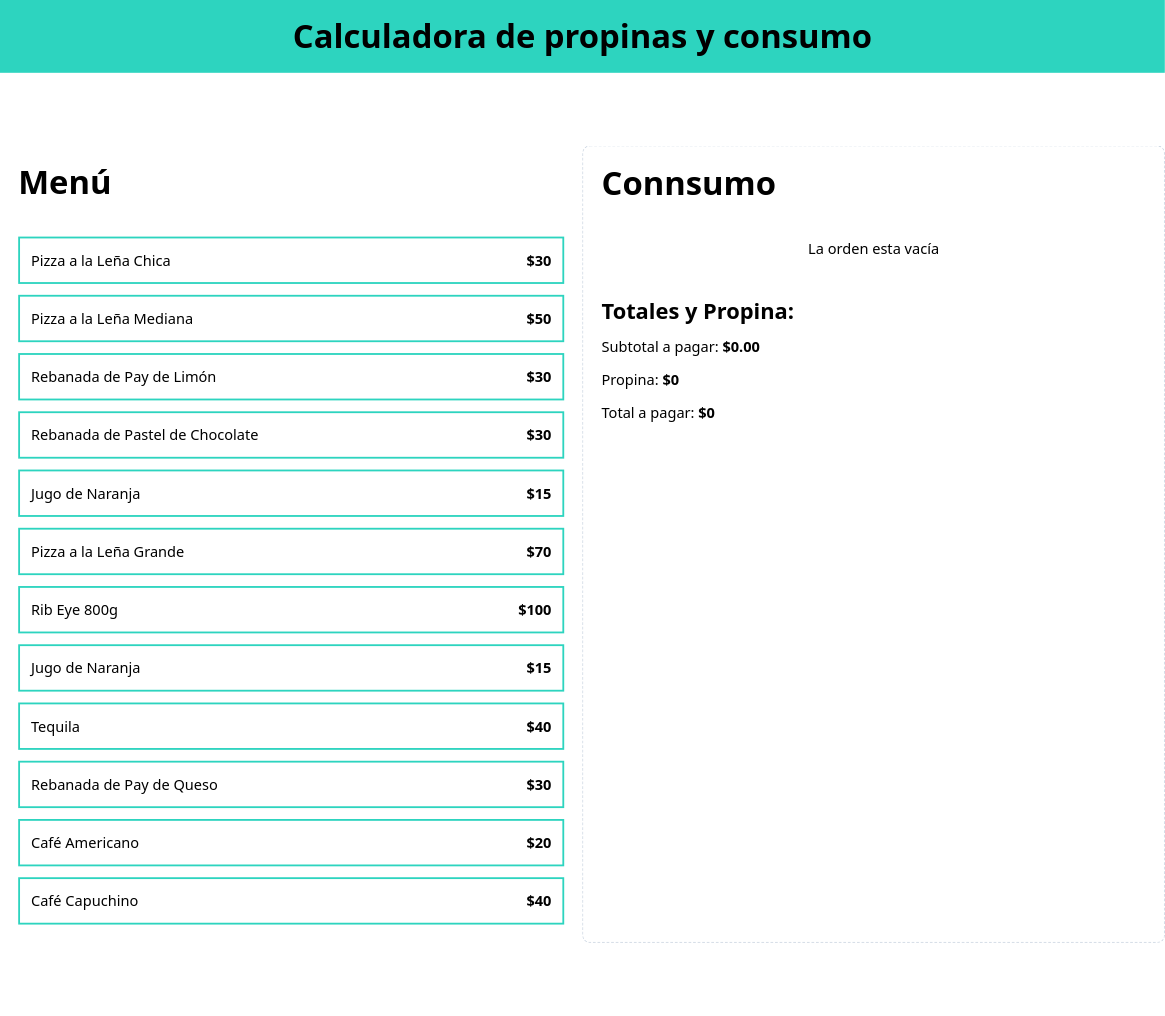
Repository: Samuel-Leal96/calculador_propinas
Page: /
These files come from the project's save history. The page is drawn as it stood at one moment and after the next save; the edit follows.
The browser window is 1280 px wide. The pictures show the whole page, at 91% of full size.
The project was rebuilt for these pictures with package versions that can differ from the ones it lists, and the page was loaded fresh each time. Also part of the build but not shown: vite.config.ts.

Above is the page before, as saved 2025-10-21 18:30:16.

After the next save:
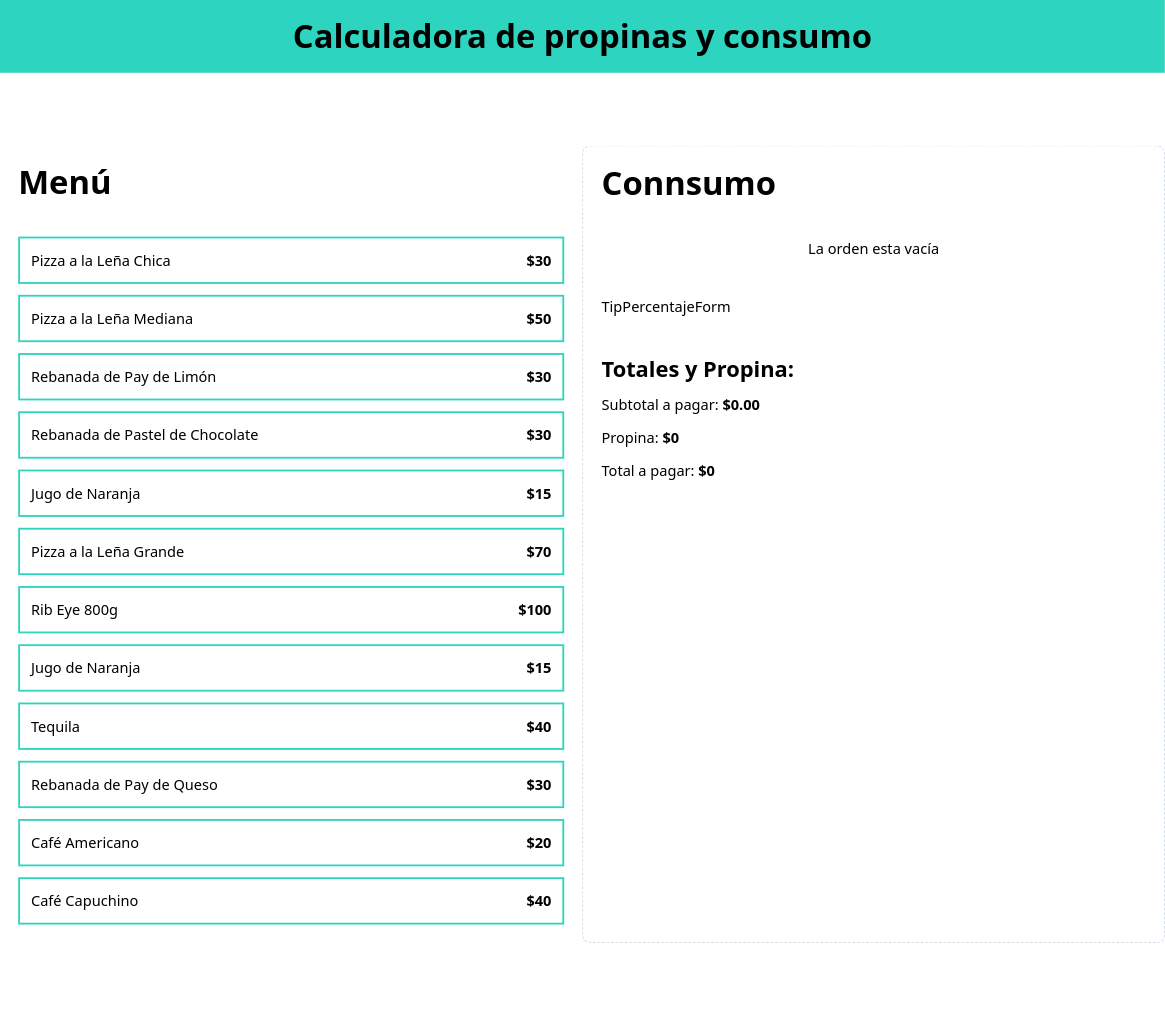
Saved 21 s later.
--- a/src/App.tsx
+++ b/src/App.tsx
@@ -1,6 +1,7 @@
 import MenuItem from "./components/MenuItem";
 import OrderContents from "./components/OrderContents";
 import OrderTotal from "./components/OrderTotal";
+import { TipPercentajeForm } from "./components/TipPercentajeForm";
 import { menuItems } from "./data/db";
 import useOrder from "./hooks/useOrder";
 
@@ -36,6 +37,8 @@ function App() {
               removeItem={removeItem}
             />
 
+            <TipPercentajeForm/>
+
             <OrderTotal
               order={order}
             />
